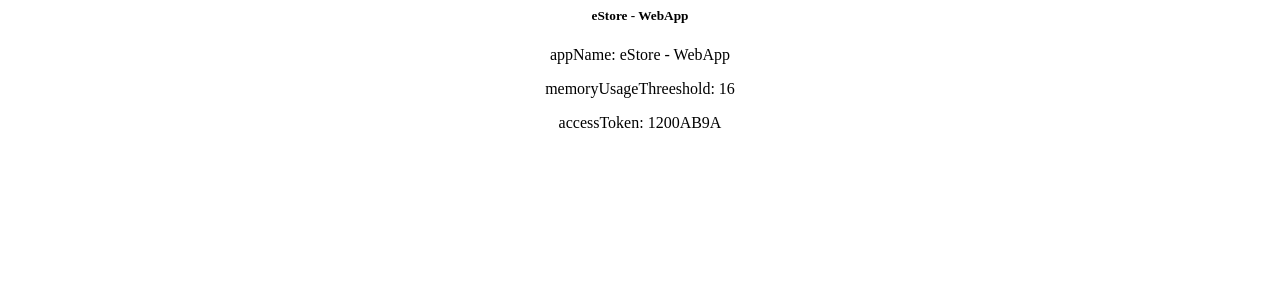
Repository: harshithkandula/Myfirstpractice
Page: http://localhost/Estore/user
The author's editor kept a copy of each file at every save. The page is drawn from the files as they stood at one save, then again after the next save.
The browser window is 1280 px wide. The pictures show the whole page.
The page is served by Tomcat 10.

Above is the page before, as saved 2024-02-07 12:00:16.

After the next save:
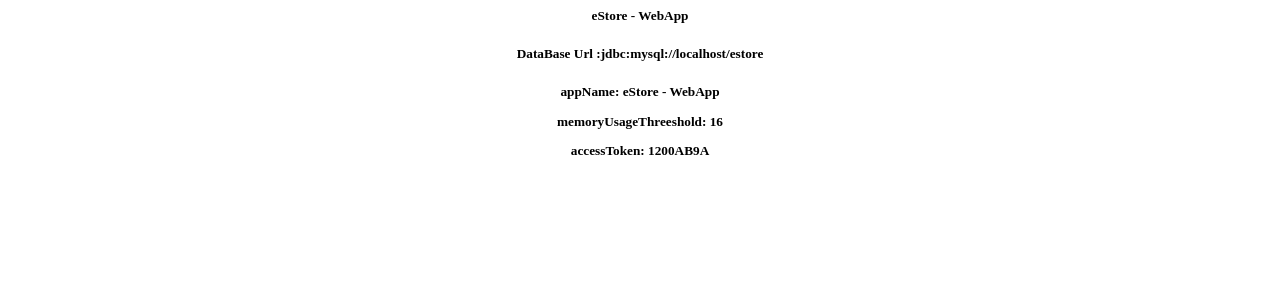
Saved 64 s later.
--- a/Estore/src/main/java/com/estore/controller/UserServlet.java
+++ b/Estore/src/main/java/com/estore/controller/UserServlet.java
@@ -44,6 +44,8 @@ public class UserServlet extends HttpServlet {
 		responseText.append("<center>");
 		responseText.append("<h5>"+appName+"</h5>");
 
+		responseText.append("<h5>DataBase Url :"+dbUrl+"<h5>");
+
 		Enumeration<String> paramNames = config.getInitParameterNames();
 		while(paramNames.hasMoreElements()) {
 			String name = paramNames.nextElement();
